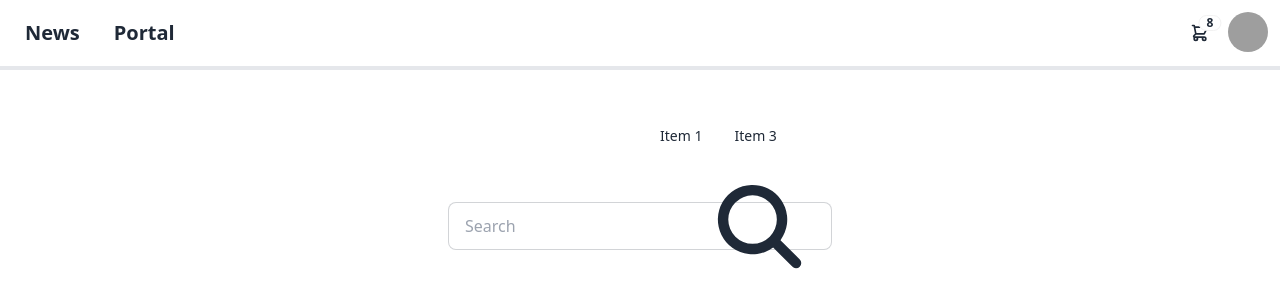
Repository: RudrasahaDibos/news-portal
Page: index.html
An editor plug-in stored every save of this project. The page is shown before and after a run of saves, followed by the edit.
The browser window is 1280 px wide. The pictures show the whole page.
Pictures or frames that could not be fetched are drawn as grey boxes. Some web libraries are served in a nearby version.

Above is the page before, as saved 2024-11-23 15:03:22.

### index.html
<!DOCTYPE html>
<html lang="en">
<head>
    <meta charset="UTF-8">
    <meta name="viewport" content="width=device-width, initial-scale=1.0">
    <title>news_portals</title>
    <!-- tailwinds  -->
    <link href="https://cdn.jsdelivr.net/npm/daisyui@4.12.14/dist/full.min.css" rel="stylesheet" type="text/css" />
    <script src="https://cdn.tailwindcss.com"></script>

</head>
<body class="container mx-auto ">
    <!-- header starts here -->
        <header>
                   <!-- navbar start here -->
                   <div class="navbar bg-base-100 border-b-4">
                    <div class="flex-1">
                      <a class="btn btn-ghost text-xl">News</a>
                      <a class="btn btn-ghost text-xl">Portal</a>
                    </div>
                    <div class="flex-none">
                      <div class="dropdown dropdown-end">
                        <div tabindex="0" role="button" class="btn btn-ghost btn-circle">
                          <div class="indicator">
                            <svg
                              xmlns="http://www.w3.org/2000/svg"
                              class="h-5 w-5"
                              fill="none"
                              viewBox="0 0 24 24"
                              stroke="currentColor">
                              <path
                                stroke-linecap="round"
                                stroke-linejoin="round"
                                stroke-width="2"
                                d="M3 3h2l.4 2M7 13h10l4-8H5.4M7 13L5.4 5M7 13l-2.293 2.293c-.63.63-.184 1.707.707 1.707H17m0 0a2 2 0 100 4 2 2 0 000-4zm-8 2a2 2 0 11-4 0 2 2 0 014 0z" />
                            </svg>
                            <span class="badge badge-sm indicator-item">8</span>
                          </div>
                        </div>
                        <div
                          tabindex="0"
                          class="card card-compact dropdown-content bg-base-100 z-[1] mt-3 w-52 shadow">
                          <div class="card-body">
                            <span class="text-lg font-bold">8 Items</span>
                            <span class="text-info">Subtotal: $999</span>
                            <div class="card-actions">
                              <button class="btn btn-primary btn-block">View cart</button>
                            </div>
                          </div>
                        </div>
                      </div>
                      <div class="dropdown dropdown-end">
                        <div tabindex="0" role="button" class="btn btn-ghost btn-circle avatar">
                          <div class="w-10 rounded-full">
                            <img
                              alt="Tailwind CSS Navbar component"
                              src="https://img.daisyui.com/images/stock/photo-1534528741775-53994a69daeb.webp" />
                          </div>
                        </div>
                        <ul
                          tabindex="0"
                          class="menu menu-sm dropdown-content bg-base-100 rounded-box z-[1] mt-3 w-52 p-2 shadow">
                          <li>
                            <a class="justify-between">
                              Profile
                              <span class="badge">New</span>
                            </a>
                          </li>
                          <li><a>Settings</a></li>
                          <li><a>Logout</a></li>
                        </ul>
                      </div>
                    </div>
                  </div>




                  <!-- 2nd start here  -->
                  <div class="navbar bg-base-100 mt-8">
                    <div class="navbar-start">
                      <div class="dropdown">
                        <div tabindex="0" role="button" class="btn btn-ghost lg:hidden">
                          <svg
                            xmlns="http://www.w3.org/2000/svg"
                            class="h-5 w-5"
                            fill="none"
                            viewBox="0 0 24 24"
                            stroke="currentColor">
                            <path
                              stroke-linecap="round"
                              stroke-linejoin="round"
                              stroke-width="2"
                              d="M4 6h16M4 12h8m-8 6h16" />
                          </svg>
                        </div>
                        <ul
                          tabindex="0"
                          class="menu menu-sm dropdown-content bg-base-100 rounded-box z-[1] mt-3 w-52 p-2 shadow">
                          <li><a>Item 1</a></li>

                          <li><a>Item 3</a></li>
                        </ul>
                      </div>

                    </div>
                    <div class="navbar-center hidden lg:flex">
                      <ul class="menu menu-horizontal px-1">
                        <li><a>Item 1</a></li>

                        <li><a>Item 3</a></li>
                      </ul>
                    </div>

                  </div>
                  <!-- 2nd end here -->

                   <!-- navbar end here -->
        </header>
        <!-- header end here -->

        <!-- main is start here -->
         <main>
            <!-- search button start here -->
            <label class="input input-bordered flex items-center gap-2 mt-8 w-96  mx-auto ">
                <input type="text" class="grow" placeholder="Search" />
                <svg
                  class="text-"
                  xmlns="http://www.w3.org/2000/svg"
                  viewBox="0 0 16 16"
                  fill="currentColor"
                  class="h-4 w-4 opacity-70">
                  <path
                    fill-rule="evenodd"
                    d="M9.965 11.026a5 5 0 1 1 1.06-1.06l2.755 2.754a.75.75 0 1 1-1.06 1.06l-2.755-2.754ZM10.5 7a3.5 3.5 0 1 1-7 0 3.5 3.5 0 0 1 7 0Z"
                    clip-rule="evenodd" />
                </svg>
              </label>
              <!-- search button ends here -->

         </main>
         <!-- main is end here -->
</body>
</html>

After the next 2 saves:
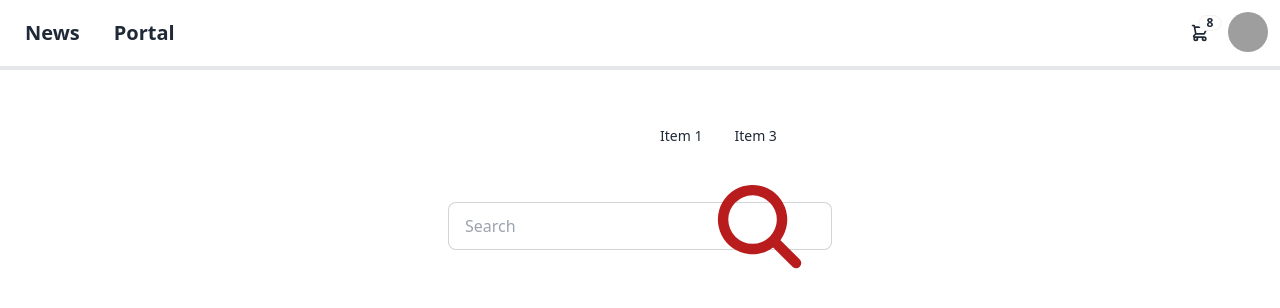
The 2 saves are shown as one change because they came seconds apart.
The last was saved 7 s later.
--- a/index.html
+++ b/index.html
@@ -125,7 +125,7 @@
             <label class="input input-bordered flex items-center gap-2 mt-8 w-96  mx-auto ">
                 <input type="text" class="grow" placeholder="Search" />
                 <svg
-                  class="text-"
+                  class="text-red-700"
                   xmlns="http://www.w3.org/2000/svg"
                   viewBox="0 0 16 16"
                   fill="currentColor"
